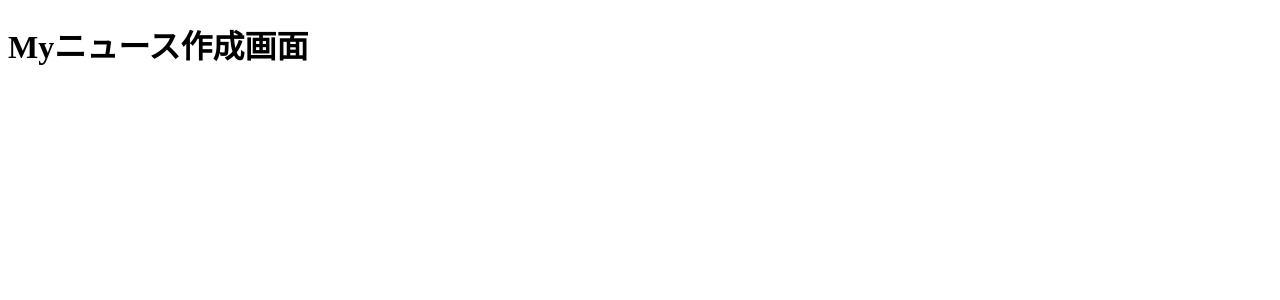
Repository: shy-sys/php-tech-boost
Page: http://localhost/admin/profile/create
The author's editor kept a record of every edit. The page is drawn from the files as they stood at one moment, then again after the next edit.
The browser window is 1280 px wide. The pictures show the whole page.
The page is served by the project's Laravel application, run on PHP 8.4 with Laravel 8.

Above is the page before.

After the next edit:
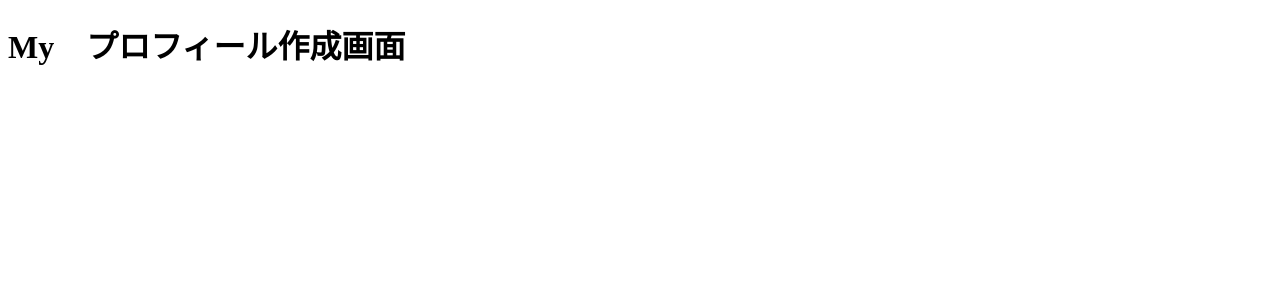
The edit:
--- a/mynews/resources/views/admin/profile/create.blade.php
+++ b/mynews/resources/views/admin/profile/create.blade.php
@@ -8,6 +8,6 @@
         <title>MyProfile</title>
     </head>
     <body>
-        <h1>Myニュース作成画面</h1>
+        <h1>My　プロフィール作成画面</h1>
     </body>
 </html>
